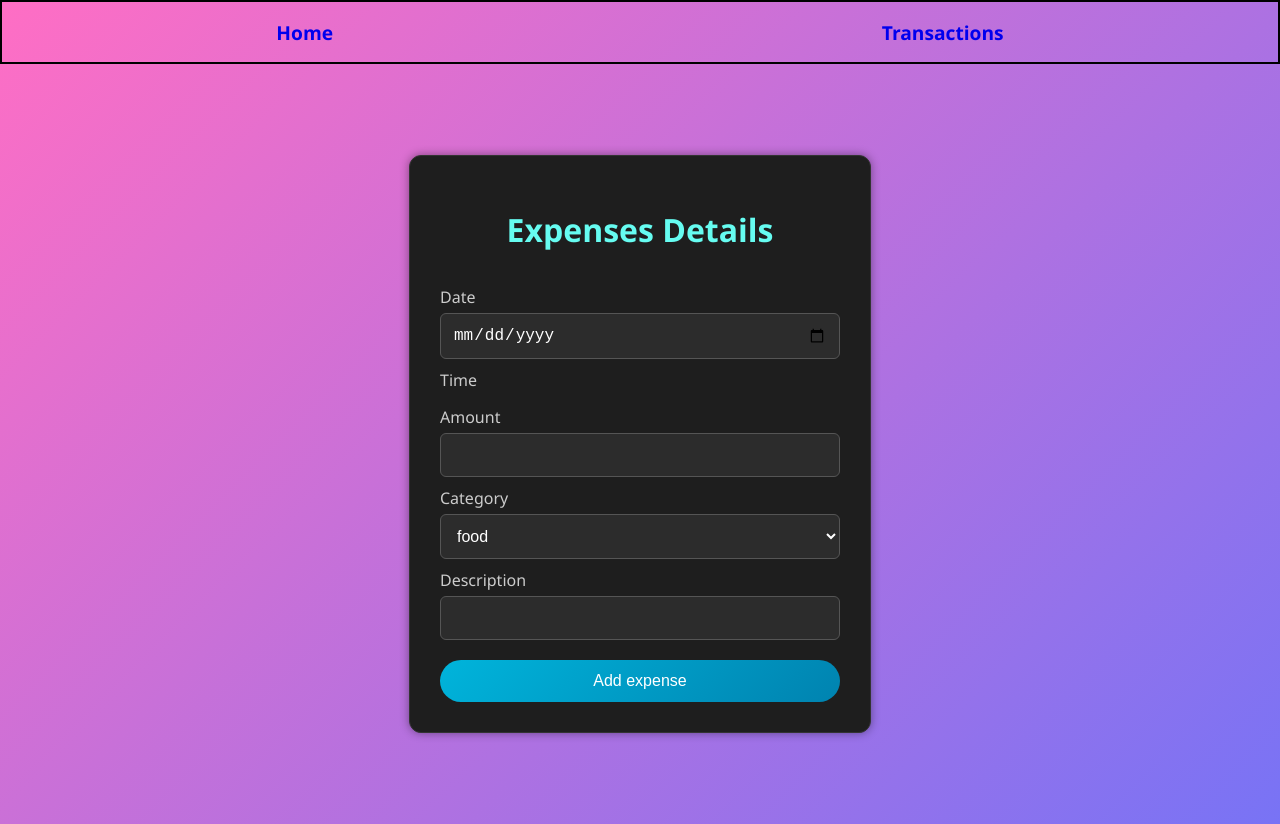
Repository: sarthak-tyagi123/expensetracker12
Page: http://localhost/
These files come from the project's save history. The page is drawn as it stood at one moment and after a run of saves; the edit follows.
The browser window is 1280 px wide. The pictures show the whole page.
The page is served by the project's Node server (app.js).

Above is the page before, as saved 2025-06-29 16:02:51.

### views/home.ejs
<!DOCTYPE html>
<html lang="en">
<head>
  <meta charset="UTF-8" />
  <meta name="viewport" content="width=device-width, initial-scale=1.0"/>
  <title>Expense Tracker</title>
 <style>
    body {
      margin: 0;
      padding: 0;
      background-color: #121212;
      font-family: 'Segoe UI', sans-serif;
      background: linear-gradient(135deg, #ff6ec4, #7873f5);
      color: #f0f0f0;
    }


    .nav{
      display: flex;
      height: 60px;
      border: 2px solid black;
      justify-content:space-around;
      align-items: center;
    }

    .a{
      text-decoration: none;
      font-size: larger;
      font-weight: bolder;
    }


/* expense details  css */






    .container {
      display: flex;
      justify-content: center;
      align-items: center;
      height: 100vh;
      padding: 20px;
    }

    .box {
      background-color: #1e1e1e;
      padding: 30px;
      border-radius: 12px;
      border: 1px solid #333;
      box-shadow: 0 0 10px rgba(0, 0, 0, 0.4);
      width: 100%;
      max-width: 400px;
    }

    h1 {
      text-align: center;
      margin-bottom: 25px;
      color: #66fcf1;
    }

    form {
      display: flex;
      flex-direction: column;
    }

    label {
      margin: 10px 0 5px;
      color: #ccc;
      font-weight: 500;
    }

    input {
      padding: 12px;
      font-size: 16px;
      border: 1px solid #555;
      border-radius: 6px;
      background-color: #2c2c2c;
      color: #fff;
    }

    select{
      padding: 12px;
      font-size: 16px;
      border: 1px solid #555;
      border-radius: 6px;
      background-color: #2c2c2c;
      color: #fff;
    }

    input::placeholder {
      color: #999;
    }

    button {
      margin-top: 20px;
      padding: 12px;
      font-size: 16px;
      border: none;
      border-radius: 30px;
      background: linear-gradient(135deg, #00b4db, #0083b0);
      color: white;
      cursor: pointer;
      transition: 0.3s ease;
    }


  </style>

</head>
<body>

  <div class="nav">
    <a href="/" class="a">Home</a>
    <a href="/transaction "class="a">Transactions</a>
  </div>

  <div class="container">
    <div class="box">

      <form class="form" action="/transactions" method="post">
        <h1>Expenses Details</h1>



        <label for="date">Date</label>
        <input type="date" name="date">

        <label for="time">Time</label>

        <label for="number">Amount</label>
        <input type="number" name="amount"/>

        <label for="text">Category</label>
        <select name="category">
          <option value="food" name="food">food</option>
          <option value="travel" name="travel">travel</option>
          <option value="study" name="study">study</option>
          <option value="shoping" name="shopping">shopping</option>
          <option value="grocery" name="grocery">grocery</option>

        </select>

        <label for="text">Description</label>
        <input type="text" name="description">


        <button type="submit">Add expense</button>
      </form>
    </div>
  </div>





</body>
</html>

### app.js
let express=require("express");
let app=express();
app.use(express.urlencoded({ extended: true }));
app.set("view engine",'ejs');

const path=require("path");
app.use(express.static(path.join(__dirname, 'public')));


app.get("/",function(req,res){
    res.render("home.ejs");
})


const transaction_data=[];
app.post("/transactions",function(req,res){
    const {date,amount,category,description } = req.body;
    transaction_data.push({date,amount,category,description});
    res.render("transactions.ejs",{data:transaction_data || []});
})


// let expenses = [];
// app.post("/expenses",function(req,res){
//   const { name, amount } = req.body;
//   expenses.push({ name, amount: Number(amount) });
// //   res.render('expenses.ejs', { name, amount })
//   res.render("expenses", { expenses:expenses || []});
// })

app.listen(3000);

After the next 3 saves:
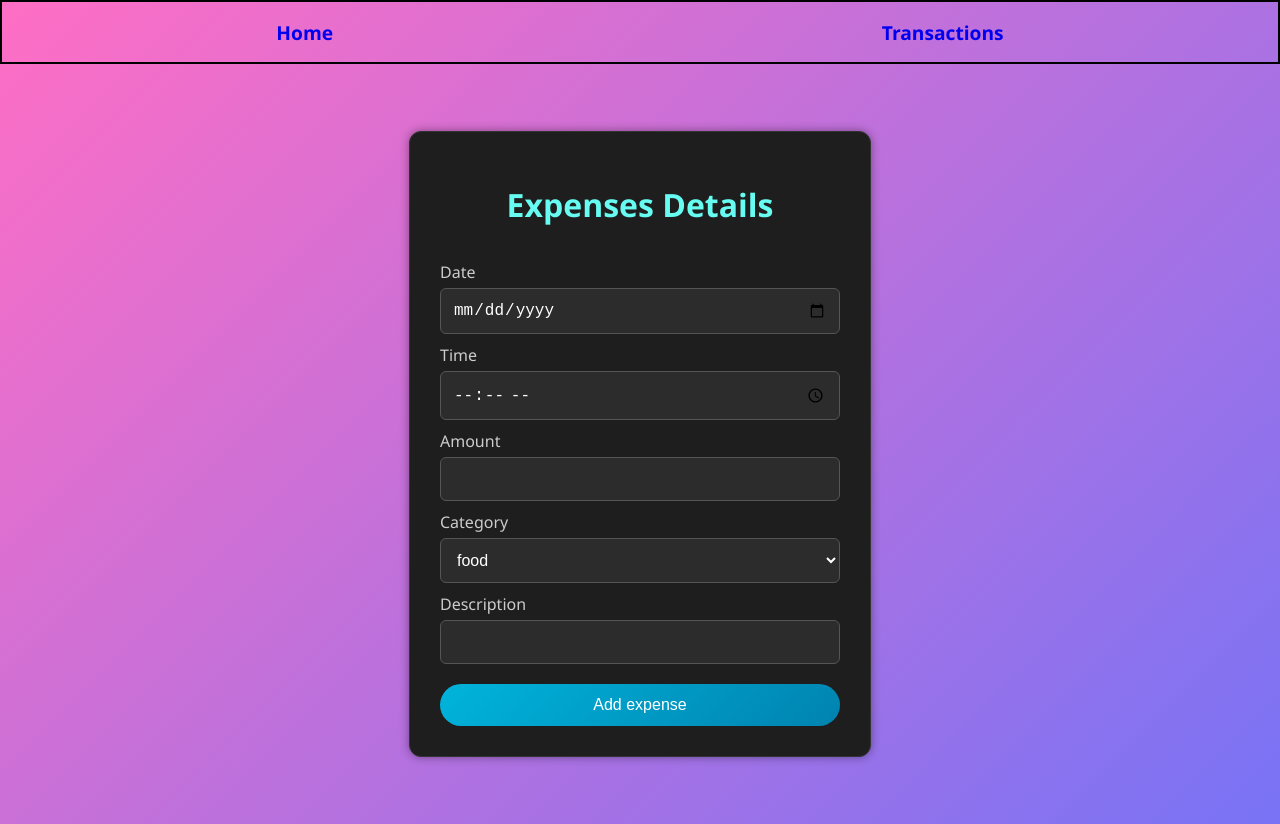
The 3 saves are shown as one change because they came seconds apart.
The last was saved 7 s later.
--- a/views/home.ejs
+++ b/views/home.ejs
@@ -129,6 +129,7 @@
         <input type="date" name="date">
 
         <label for="time">Time</label>
+        <input type="time">
 
         <label for="number">Amount</label>
         <input type="number" name="amount"/>
